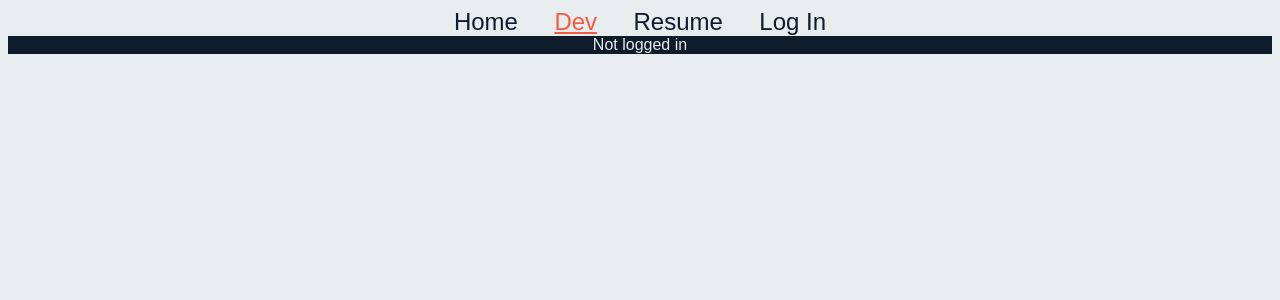
Repository: eghere-bsu/ethanghere-website
Page: http://localhost/dev.php
An editor plug-in stored every save of this project. The page is shown before and after the next save, followed by the edit.
The browser window is 1280 px wide. The pictures show the whole page.
The page is run by PHP 8.4 with error messages shown; the project is at /var/www/html/.

Above is the page before, as saved 2023-11-06 14:34:55.

### dev.php
<?php
   $page = 'dev';
   require_once 'navbar.php';
   require_once 'Dao.php';
   $dao = new Dao();
   $display = 'none';
   //Check if user has permission to create a post
   if (isset($_SESSION['auth']) && $_SESSION['auth'] === true) {
      if (isset($_SESSION['username']) && ($dao->getPowerlvl($_SESSION['username']) == 1)) {
         $display = 'inline'; //show "create post" button
      }
   }
?>
<body>
   <?php

   ?>
</body>
<?php
   require_once 'footer.php';
?>

### navbar.php
<?php
   session_start();
   ini_set('display_errors', 1);
   error_reporting(E_ALL);

   // Unset session variables if logging out
   if (isset($_GET['action']) && $_GET['action'] === 'logout') {
      unset($_SESSION['auth']);
      unset($_SESSION['username']);
      unset($_SESSION['powerlvl']);
   }
   $loggedIn = isset($_SESSION['auth']) && $_SESSION['auth'] === true;
   $loginText = $loggedIn ? 'Log Out' : 'Log In';
   $loginHref = $loggedIn ? 'login.php?action=logout' : 'login.php';

   $loginButton = '<a class="' . ($page == 'login' ? 'active' : '') . '" href="' . $loginHref . '">' . $loginText . '</a>';
?>

<head>
	<link rel="stylesheet" href="styles.css">
   <link rel="icon" type="image/x-icon" href="favicon.ico">
</head>
<header><title>Ethan Ghere</title></header>
<div class="nav">
   <a class="<?php if ($page == 'home')
      { echo 'active'; }?>" href='index.php'>Home</a>
   <a class="<?php if ($page == 'dev')
      { echo 'active'; }?>" href='dev.php'>Dev</a>
   <a href="assets/resume.pdf">Resume</a>

   <?php echo $loginButton; ?>
</div>

### Dao.php
<?php
ini_set('display_errors', 1);
error_reporting(E_ALL);
// Dao.php
// class for saving and getting comments from MySQL
class Dao {

  private $host = "localhost";
  private $db = "db";
  private $user = "eghere";
  private $pass = "labrador";

  public function getConnection () {
    return
      new PDO("mysql:host={$this->host};dbname={$this->db}", $this->user,
          $this->pass);
  }

  public function createUser($username, $password, $powerlvl = 0) {
    // Hash the password
    $hashedPassword = password_hash($password, PASSWORD_BCRYPT);

    $conn = $this->getConnection();
    $createUser = "INSERT INTO Users (username, password, powerlvl) VALUES (:username, :password, :powerlvl)";
    $q = $conn->prepare($createUser);
    $q->bindParam(":username", $username);
    $q->bindParam(":password", $hashedPassword);
    $q->bindParam(":powerlvl", $powerlvl);
    $q->execute();
  }

  public function usernameExists($username) {
    $conn = $this->getConnection();
    $usernameExists =
        "SELECT COUNT(*)
        FROM Users
        WHERE username = :username";
    $q = $conn->prepare($usernameExists);
    $q->bindParam(":username", $username);
    $q->execute();
    return $q->fetchColumn() > 0;
  }

  public function validateUser($username, $password) {
    //Prepare query
    $conn = $this->getConnection();
    $validateUser =
        "SELECT user_id, password, powerlvl
        FROM Users
        WHERE username = :username";
    $q = $conn->prepare($validateUser);
    $q->bindParam(":username", $username);
    $q->execute();
    //Match password
    $userRow = $q->fetch(PDO::FETCH_ASSOC);
    if ($userRow && password_verify($password, $userRow['password'])) {
        return true;
    } else {
        return false;
    }
  }

  public function getPowerlvl ($username) {
    $conn = $this->getConnection();
    $getPowerlvl =
        "SELECT powerlvl
        FROM Users
        WHERE username = :username";
    $q = $conn->prepare($getPowerlvl);
    $q->bindParam(":username", $username);
    $q->execute();

    $powerlvl = $q->fetchColumn();
    return $powerlvl;
  }

  // public function getComments () {
  //   $conn = $this->getConnection();
  //   return $conn->query("SELECT comment, date_entered, id FROM comments ORDER BY date_entered desc")->fetchAll(PDO::FETCH_ASSOC);
  // }
} // end Dao

### footer.php
<div class="footer">
    <span class="footer" href="#nav">
    <?php
        if (isset($_SESSION['auth']) && $_SESSION['auth'] === true) {
            if (isset($_SESSION['username'])) {
                echo 'Logged in as ' . $_SESSION['username'];
            } else {
                echo 'Username not found';
            }
        } else {
            echo 'Not logged in';
        }
    ?>
    </span>
</div>

### styles.css
/* Global */
html {
   background: #e7ecef;
   color: #0d1b2a;
   font-family: sans-serif;
   text-align: center;
   margin: auto;
}

body {
   color: #0d1b2a;
}

.row {
   display: flex;
   flex-direction: row;
   width: 80%;
   margin: auto;
}

.column {
   float: left;
}

/* Navigation */
.nav a {
	color: #0d1b2a;
	padding: 14px 16px;
	font-size: 24px;
	text-decoration: none;
}

.nav a.active {
	color: #f85a3e;
   text-decoration: underline;
}

/* Footer */
.footer {
   /* position: fixed;
   left: 0;
   bottom: 0; */
   width: 100%;
   background-color: #0d1b2a;
   color: #e7ecef;
   text-decoration: none;
}

/* Homepage */

.hero-l {
   width: 15%;
}

.hero-m {
   width: 30%;
}

.hero-r {
   width: 55%;
   text-align: right;
   font-size: 1.6em;
}

.row:after {
   content: "";
   display: table;
   clear: both;
}

.name {
   color: #f85a3e;
   display: flex;
   flex-direction: column;
   float: left;
   margin: 0;
   font-size: 5em;
   line-height: 1em;
   word-wrap: break-word;
   border-left: 8px solid #f85a3e;
   padding-left: 8px;
}


/* bumper.html */
.bumper {
   background-color: #0d1b2a;
   width: 100%;
   height: 10vh;
}

/* dev.php */

#hiddenForm {
   display: none;
}

After the next save:
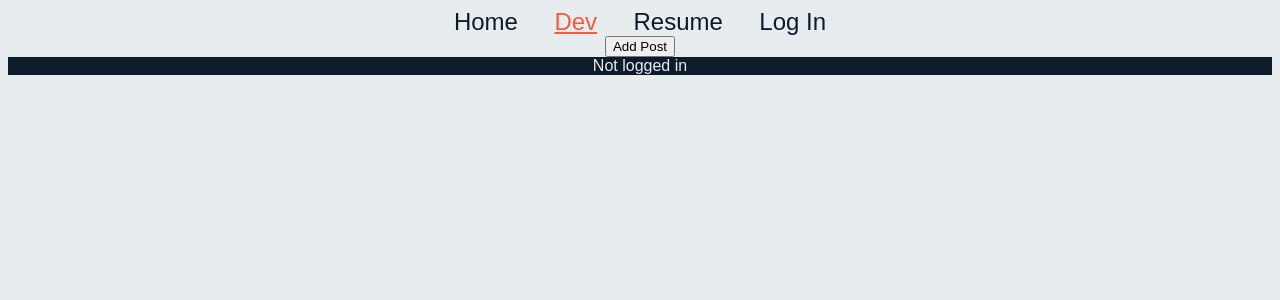
Saved 65 s later.
--- a/dev.php
+++ b/dev.php
@@ -12,9 +12,7 @@
    }
 ?>
 <body>
-   <?php
-
-   ?>
+   <button>Add Post</button>
 </body>
 <?php
    require_once 'footer.php';
